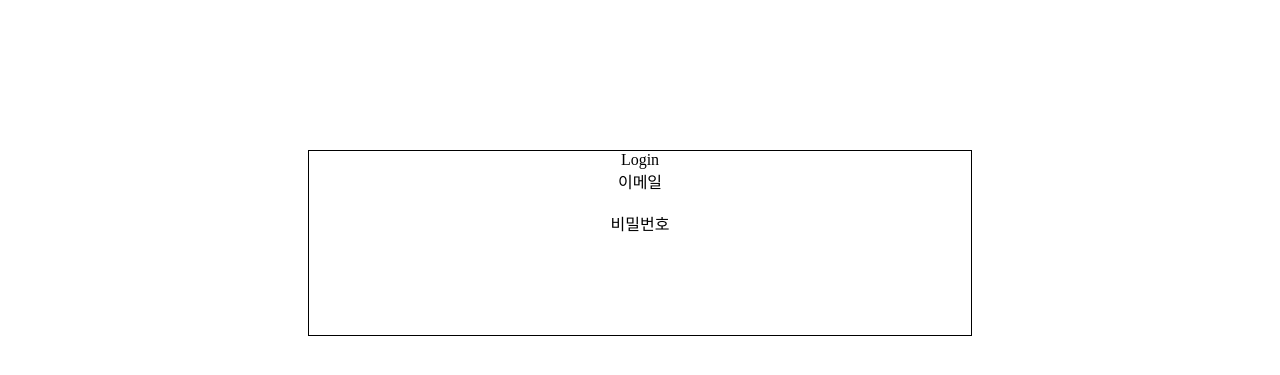
Repository: smandkd/Multicampus_Frontend
Page: http://localhost/Mulcam_Project/jsp/login.jsp
An editor plug-in stored every save of this project. The page is shown before and after the next save, followed by the edit.
The browser window is 1280 px wide. The pictures show the whole page.
The page is served by Tomcat 9.

Above is the page before, as saved 2022-01-30 02:00:10.

### Mulcam_Project/jsp/login.jsp
<%@ page contentType="text/html; charset=utf-8"
    pageEncoding="EUC-KR"%>
<!DOCTYPE html>
<html>
<head>
<meta name="viewport" content="width=device-width, initial-scale=1.0">
<style type="text/css">
.a {
	text-align:center;
	margin-right:300px;
	margin-left:300px;
	margin-top:150px;
	border:1px solid;
}
.b {
	padding-bottom:100px;
}
</style>
</head>
<body>

<div class="a">
	Login
	<div class="b">
		<div>이메일</div>
		<br/>
		<div>비밀번호</div>
	</div>
</div>
</body>
</html>

After the next save:
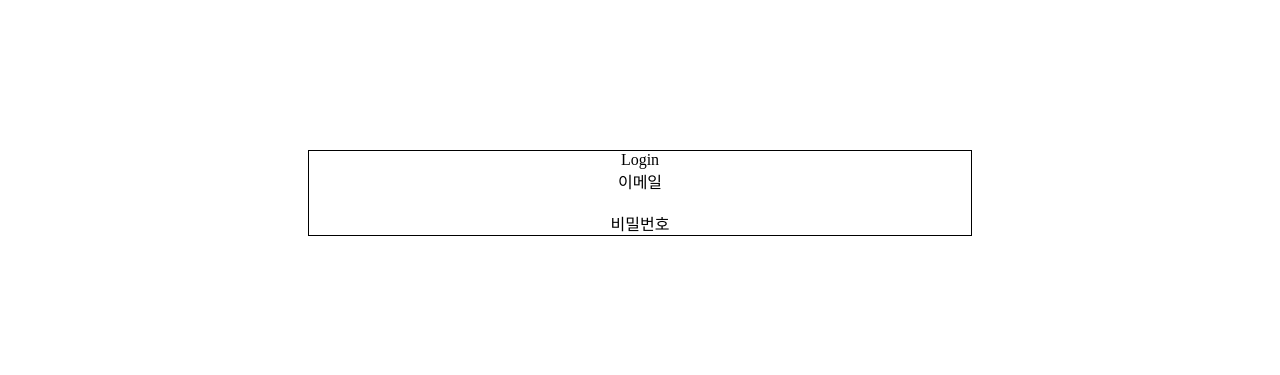
Saved 48 s later.
--- a/Mulcam_Project/jsp/login.jsp
+++ b/Mulcam_Project/jsp/login.jsp
@@ -13,7 +13,7 @@
 	border:1px solid;
 }
 .b {
-	padding-bottom:100px;
+
 }
 </style>
 </head>
